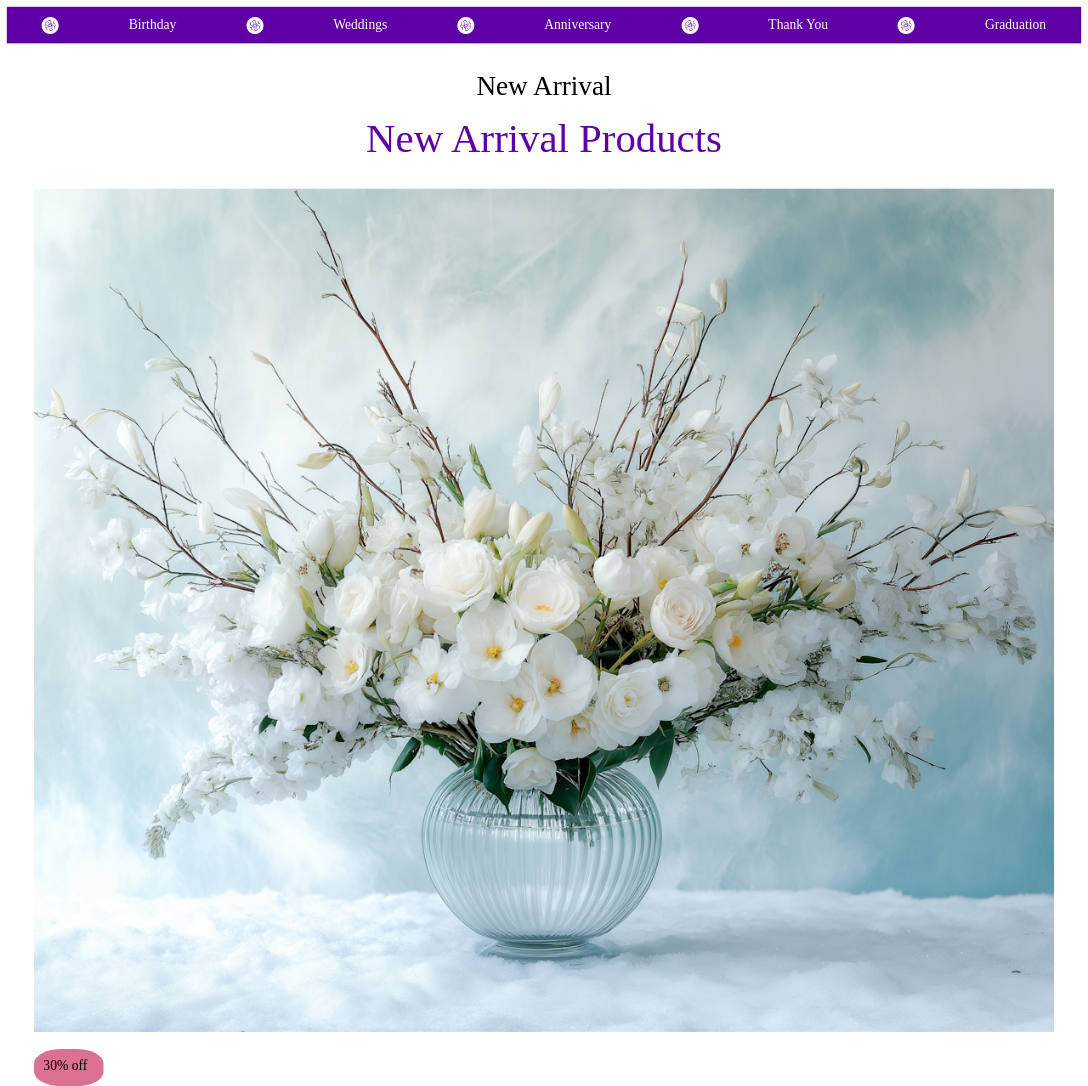
Repository: KolawoleTemilade/classroom-learning
Page: newarrival/index.html
An editor plug-in stored every save of this project. The page is shown before and after a run of saves, followed by the edit.
The browser window is 1280 px wide. The pictures show the whole page, at 85% of full size.

Above is the page before, as saved 2025-10-01 18:23:00.

After the next 3 saves:
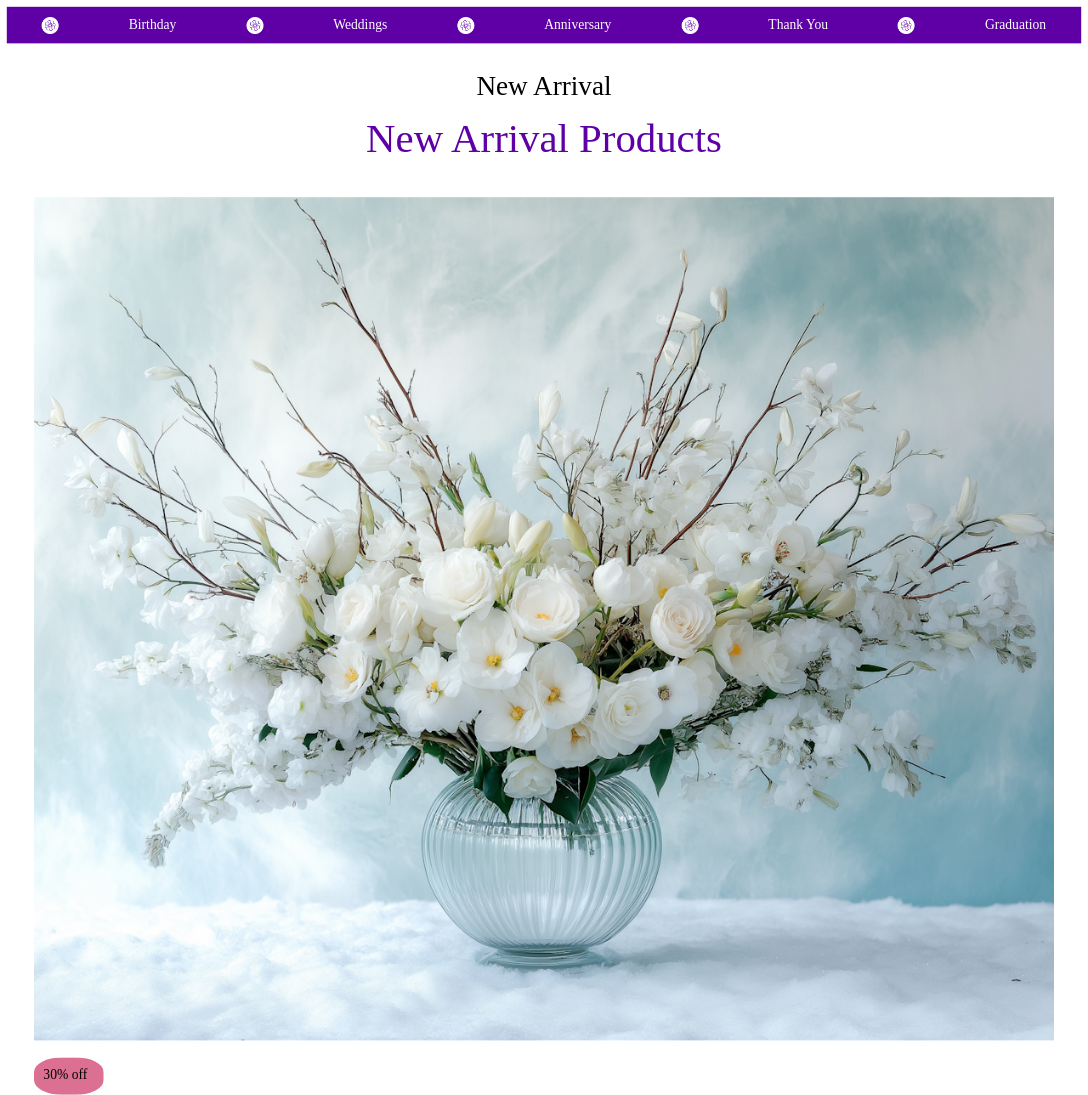
The 3 saves are shown as one change because they came seconds apart.
The last was saved 7 s later.
--- a/newarrival/style.css
+++ b/newarrival/style.css
@@ -33,7 +33,9 @@
     font-size: 3rem;
     color: #5E00A6;
 }
-.product-title
+.product-title{
+    color: ;
+}
 
 .product-card {
     display: flex;
